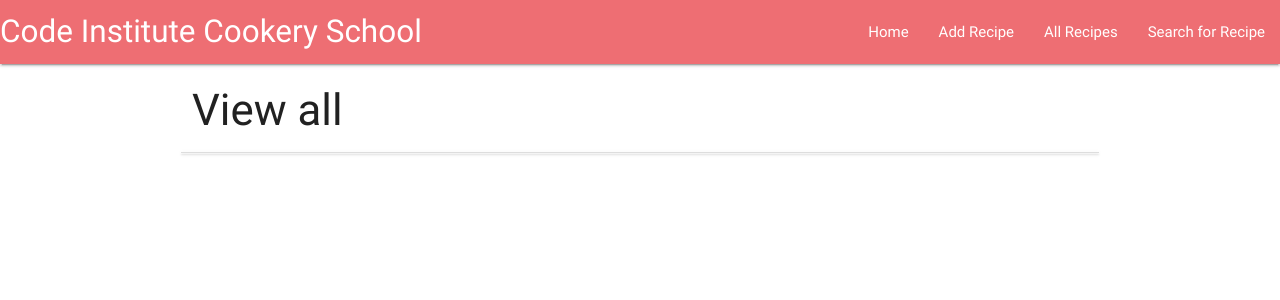
Repository: nakitamccool/francisillingworth-milestone-project-3
Page: http://localhost/
The author's editor kept a record of every edit. The page is drawn from the files as they stood at one moment, then again after the next edit.
The browser window is 1280 px wide. The pictures show the whole page.
The page is served by the project's application, run on Flask 3 (app.py). Queries for data that is not in the repository find no rows.

Above is the page before.

### templates/recipes.html
 {% extends 'base.html' %} {% block content %}

<h3>View all</h3>

<div class="row">
  <ul class="collapsible">
    {% for recipe in recipes %}
    <li>
      <div class="collapsible-header">
        <div class="recipe_header col s9">
          <i class="material-icons">expand_more</i>
          <strong>{{recipe.recipe_name}}</strong> &nbsp;- {{recipe.cuisine_type}} - {{recipe.author}} - &nbsp;<strong>Cook time {{recipe.cook_time}} minutes</strong>
        </div>
        <div class="deleteEdit col s3">
          <a href="{{url_for('edit_recipe', recipe_id=recipe._id)}}" class="waves-effect waves-light btn btn_edit"><i class="material-icons left">edit</i>Edit</a>
          <a href="{{url_for('delete_recipe' , recipe_id=recipe._id)}}" class="waves-effect waves-light btn btn_delete"><i class="material-icons deleteIcon">delete_forever</i></a>
        </div>

      </div>


      <div class="collapsible-body"><span>

      <ul class="collapsible" data-collapsible="expandable">
    <li>
      <div class="collapsible-header"><i class="material-icons">local_grocery_store</i>Ingredients</div>
      <div class="collapsible-body"><span>{{recipe.ingredients}}</span></div>
    </li>
    <li>
      <div class="collapsible-header"><i class="material-icons">format_list_numbered</i>Method</div>
      <div class="collapsible-body"><span>{{recipe.method}}</span></div>
    </li>

  </ul>






  </span>
</div>
</li>
{% endfor %}
</ul>
</div>







{% endblock %}

### templates/base.html
<!DOCTYPE html>
<html lang="en">
<head>
    <link href="https://fonts.googleapis.com/icon?family=Material+Icons"
      rel="stylesheet">
    <link rel="stylesheet"  href="https://cdnjs.cloudflare.com/ajax/libs/materialize/0.100.2/css/materialize.min.css">
    <link rel="stylesheet" href="{{url_for('static' , filename = "css/style.css")}}" type="text/css" />

</head>
<body>
  <header>
    <nav>
    <div class="nav-wrapper">
      <a href="#" class="brand-logo">Code Institute Cookery School</a>
      <ul id="nav-mobile" class="right hide-on-med-and-down">
        <li><a href="index.html">Home</a></li>
        <li><a href="{{ url_for('add_recipe') }}">Add Recipe</a></li>
        <li><a href="{{ url_for('get_recipes') }}">All Recipes</a></li>
        <li><a href="{{ url_for('find_recipe') }}">Search for Recipe</a></li>
      </ul>
    </div>
  </nav>
  </header>
    <div class="container">
    {% block content %}
    {% endblock %}
    </div>
    <script src="https://cdnjs.cloudflare.com/ajax/libs/jquery/3.4.1/jquery.min.js" integrity="sha256-CSXorXvZcTkaix6Yvo6HppcZGetbYMGWSFlBw8HfCJo=" crossorigin="anonymous"></script>
    <script src="https://cdnjs.cloudflare.com/ajax/libs/materialize/0.100.2/js/materialize.min.js"></script>
    <script type="text/javascript">
         $(document).ready(function(){
    $('.collapsible').collapsible();
    $('select').material_select();
  });

    </script>


</body>
</html>

### app.py
import os
from flask import Flask , render_template, redirect, request, url_for
from flask_pymongo import PyMongo
from bson.objectid import ObjectId


db_password = os.environ.get('DB_PASSWORD')

app = Flask(__name__)

app.config["MONGO_DBNAME"] = 'recipe_project'
app.config["MONGO_URI"] = 'mongodb+srv://root:r00tUser@myfirstcluster-aogax.mongodb.net/recipe_project?retryWrites=true&w=majority'

mongo = PyMongo(app)

@app.route('/')









@app.route('/get_recipes')
def get_recipes():
    return render_template("recipes.html", recipes=mongo.db.recipe.find())


@app.route('/add_recipe')
def add_recipe():
    return render_template('addrecipe.html', cuisine=mongo.db.cuisine.find())


@app.route('/insert_recipe', methods=['POST'])
def insert_recipe():
    recipes=mongo.db.recipe
    recipes.insert_one(request.form.to_dict())
    return redirect(url_for('get_recipes'))


@app.route('/edit_recipe/<recipe_id>')
def edit_recipe(recipe_id):
    the_recipe = mongo.db.recipe.find_one({"_id": ObjectId(recipe_id)})
    all_cuisine = mongo.db.cuisine.find()
    return render_template('editrecipe.html', recipe = the_recipe, cuisine=all_cuisine)



@app.route('/update_recipe/<recipe_id>', methods = ["POST"])
def update_recipe(recipe_id):
    recipes = mongo.db.recipe
    recipes.update( {'_id': ObjectId(recipe_id)},
    {
        'recipe_name' : request.form.get('recipe_name'),
        'cuisine_type' : request.form.get('cuisine_type'),
        'author' : request.form.get('author'),
        'ingredients' : request.form.get('ingredients'),
        'method' : request.form.get('method'),
        'cook_time' : request.form.get('cook_time'),
    })
    return redirect(url_for('get_recipes'))

@app.route('/delete_recipe/<recipe_id>')
def delete_recipe(recipe_id):
    mongo.db.recipe.remove({'_id':ObjectId(recipe_id)})
    return redirect(url_for('get_recipes'))





@app.route('/get_cuisines')
def get_cuisines():
    return render_template('cuisines.html', cuisine=mongo.db.cuisine.find())


@app.route('/edit_cuisine/<cuisine_id>')
def edit_cuisine(cuisine_id):
    return render_template('editcuisine.html', cuisine=mongo.db.cuisine.find_one({'_id':ObjectId(cuisine_id)}))


@app.route('/update_cuisine/<cuisine_id>', methods=['POST'])
def update_cuisine(cuisine_id):
    mongo.db.cuisine.update(
        {'_id': ObjectId(cuisine_id)},
        {'cuisine_type': request.form.get('cuisine_type')})
    return redirect(url_for('get_cuisines'))



@app.route('/add_cuisine')
def add_cuisine():
    return render_template('addcuisine.html', cuisine=mongo.db.cuisine.find())


@app.route('/insert_cuisine', methods=['POST'])
def insert_cuisine():
    cuisines=mongo.db.cuisine
    cuisines.insert_one(request.form.to_dict())
    return redirect(url_for('add_recipe'))



@app.route('/delete_cuisine/<cuisine_id>')
def delete_cuisine(cuisine_id):
    mongo.db.cuisine.remove({'_id':ObjectId(cuisine_id)})
    return redirect(url_for('get_cuisines'))



@app.route('/add_cuisine_edit')
def add_cuisine_edit():
    return render_template('addcuisine-edit.html', cuisine=mongo.db.cuisine.find())


@app.route('/insert_cuisine_edit', methods=['POST'])
def insert_cuisine_edit():
    cuisines=mongo.db.cuisine
    cuisines.insert_one(request.form.to_dict())
    return redirect(url_for('get_cuisines'))



@app.route('/find_recipe')
def find_recipe():
    return render_template("findrecipe.html", cuisine=mongo.db.cuisine.find(), authors=mongo.db.recipe.find().distinct('author'))

@app.route('/filter_recipes')
def filter_recipes():
     return render_template("results.html")







if __name__ == '__main__':
    app.run(host=os.environ.get('IP'),
            port=int(os.environ.get('PORT')),
            debug=True)

### static/css/style.css
.btn_edit{
    height:28px;
    margin: 5px 15px;
    line-height: 28px;
    padding-left: 3px;
    padding-right: 6px;



}

.btn_delete{
    height:28px;
    margin: 5px 15px ;
    line-height: 28px;
    padding-left: 5px;
    padding-right: 5px;
    background-color: #b70808;

}

.collapsible-header i {
 margin:0;}

 .btn_delete:hover {
    background-color: #71231d;
}

.cancel_button{
    margin: 5px 15px;
    padding-left: 3px;
    padding-right: 6px;
    background-color: #b70808

}


 .cancel_button:hover {
    background-color: #71231d;
}


.recipe_header{
    margin-top:5px;
    margin-right: 20px;
}

.deleteEdit{
    margin-left:auto;
    margin-right:0;
}

.add_cuisine{
    margin-top: 0;
    margin-left:5%;
}

### templates/index.html
{% extends 'base.html' %} {% block content %}
<div>

</div>
<div>

</div>

{% endblock %}

After the next edit:
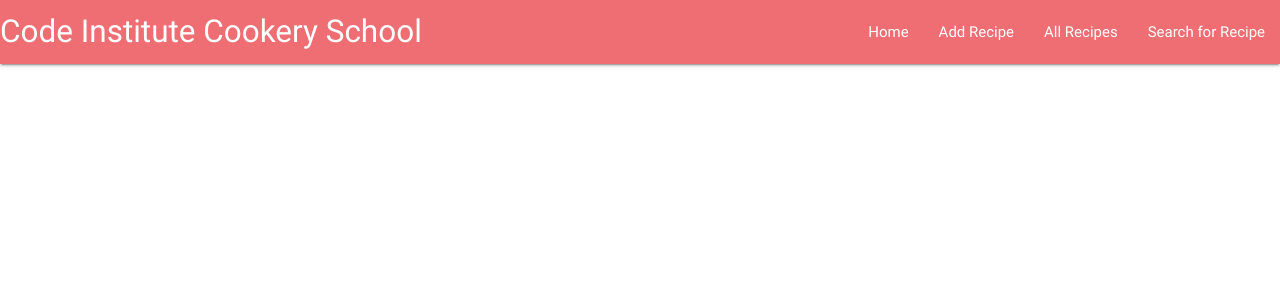
The edit:
--- a/app.py
+++ b/app.py
@@ -17,10 +17,9 @@
 
 
 
-
-
-
-
+@app.route('/index')
+def index():
+    return render_template("index.html")
 
 
 @app.route('/get_recipes')
